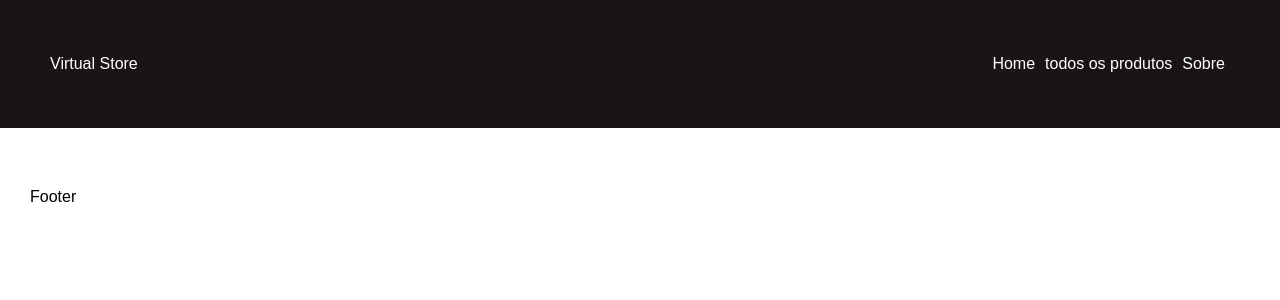
Repository: meiotera/virtuL-store
Page: /lista-de-produtos
An editor plug-in stored every save of this project. The page is shown before and after the next save, followed by the edit.
The browser window is 1280 px wide. The pictures show the whole page.
The page's requests for data from a server got no answer. The project was rebuilt for these pictures with package versions that can differ from the ones it lists, and the page was loaded fresh each time. No one was signed in, and anything a server would have sent is missing. Also part of the build but not shown: vite.config.js, src/pages/Home.jsx, src/styles/ProductCard.module.css, src/styles/Button.module.css, src/components/Button.jsx, src/components/ProductCard.jsx, src/styles/ProductDetail.module.css, src/pages/ProductDetail.jsx.

Above is the page before, as saved 2025-04-08 18:29:15.

### src/index.css
* {
  margin: 0;
  padding: 0;
  list-style: none;

  font-family: Arial, Helvetica, sans-serif;
  text-decoration: none;
  box-sizing: border-box;
}

body {
  margin: 0 auto;
}

### src/App.jsx
import { BrowserRouter, Link, Route, Routes } from 'react-router-dom';
import Header from './components/Header';
import Main from './components/Main';
import Footer from './components/Footer';
import Home from './pages/Home';
import ProductList from './pages/ProductList';
import ProductDetail from './pages/ProductDetail';

function App() {
  return (
    <BrowserRouter>
      <Header />

      <Main>
        <Routes>
          <Route path="/" element={<Home />} />
          <Route path="/lista-de-produtos" element={<ProductList />} />
          <Route
            path="/lista-de-produtos/:title/:id"
            element={<ProductDetail />}
          />
        </Routes>
      </Main>

      <Footer />
    </BrowserRouter>
  );
}

export default App;

### src/components/Header.jsx
import React from 'react';
import styles from '../styles/Header.module.css';

const Header = () => {
  return (
    <header className={styles.header}>
      <div className={styles.containerHeader}>
        <div>Virtual Store</div>

        <div className={styles.navContainer}>
          <nav>
            <a href="">Home</a>
            <a href="">todos os produtos</a>
            <a href="">Sobre</a>
          </nav>
        </div>
      </div>
    </header>
  );
};

export default Header;

### src/components/Main.jsx
import React from 'react';
import styles from '../styles/Main.module.css';

const Main = ({ children }) => {
  return <main className={styles.main}>{children}</main>;
};

export default Main;

### src/components/Footer.jsx
import React from 'react';
import styles from '../styles/Footer.module.css';

const Footer = () => {
  return <footer className={styles.footer}>Footer</footer>;
};

export default Footer;

### src/pages/ProductList.jsx
import React, { useEffect, useState } from 'react';
import { getAllProducts } from '../services/api';
import ProductCard from '../components/ProductCard';

import styles from '../styles/ProductList.module.css';

const ProductList = () => {
  const [products, setProdutcts] = useState([]);

  useEffect(() => {
    const fetchData = async () => {
      const data = await getAllProducts();
      setProdutcts(data);
    };

    fetchData();
  }, []);

  console.log(products);

  return (
    <div className={styles.containerProducts}>
      {products.map((product) => (
        <ProductCard
          key={product.id}
          id={product.id}
          title={product.title}
          image={product.image}
          rating={product.rating}
          price={product.price}
        />
      ))}
    </div>
  );
};

export default ProductList;

### src/styles/Header.module.css
.header {
  background-color: #191515;
  padding: 30px;
  margin-bottom: 30px;
  color: #fff;
}

.containerHeader {
  max-width: 1440px;
  display: flex;
  justify-content: space-between;
  flex-wrap: wrap;
  align-items: center;
  padding: 20px;
  margin: 0 auto;
}

.navContainer nav {
  display: flex;
  align-items: center;
}

.navContainer a {
  padding: 5px;

  color: #fff;
  text-decoration: none;
}

### src/styles/Main.module.css
.main {
  max-width: 1440px;
  margin: 0 auto;
}

### src/styles/Footer.module.css
.footer {
  padding: 30px;
}

### src/services/api.js
const BASE_URL = 'https://fakestoreapi.com';

// buscar todos os produtos
export const getAllProducts = async () => {
  const res = await fetch(`${BASE_URL}/products`);
  const data = await res.json();

  return data;
};

export const getASingleProduct = async (id) => {
  const res = await fetch(`${BASE_URL}/products/${id}`);
  const data = await res.json();

  return data;
};

### src/styles/ProductList.module.css
.containerProducts {
  display: flex;
  flex-wrap: wrap;
  justify-content: center;
  align-items: center;
  width: 100%;
  gap: 20px;
}

@media (min-width: 960px) {
  .containerProducts {
    justify-content: space-between;
  }
}

Loaded but not shown: index.html (common file); src/main.jsx (common file)

After the next save:
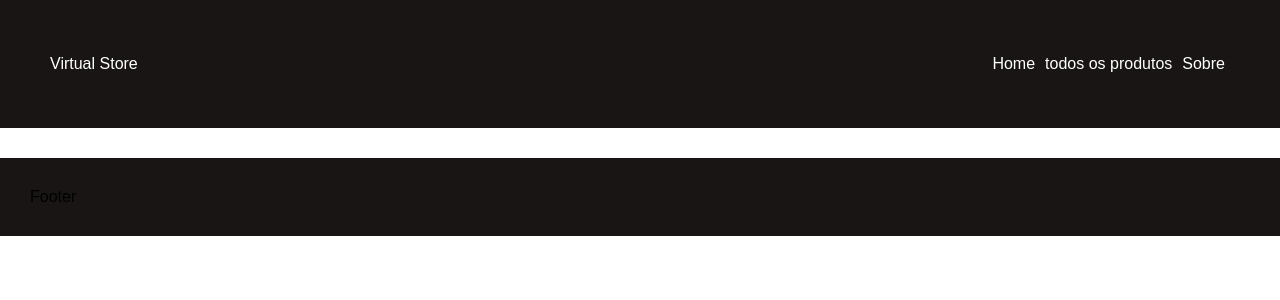
Saved 21 s later.
--- a/src/styles/Footer.module.css
+++ b/src/styles/Footer.module.css
@@ -1,3 +1,4 @@
 .footer {
   padding: 30px;
+  background-color: #191515;
 }
